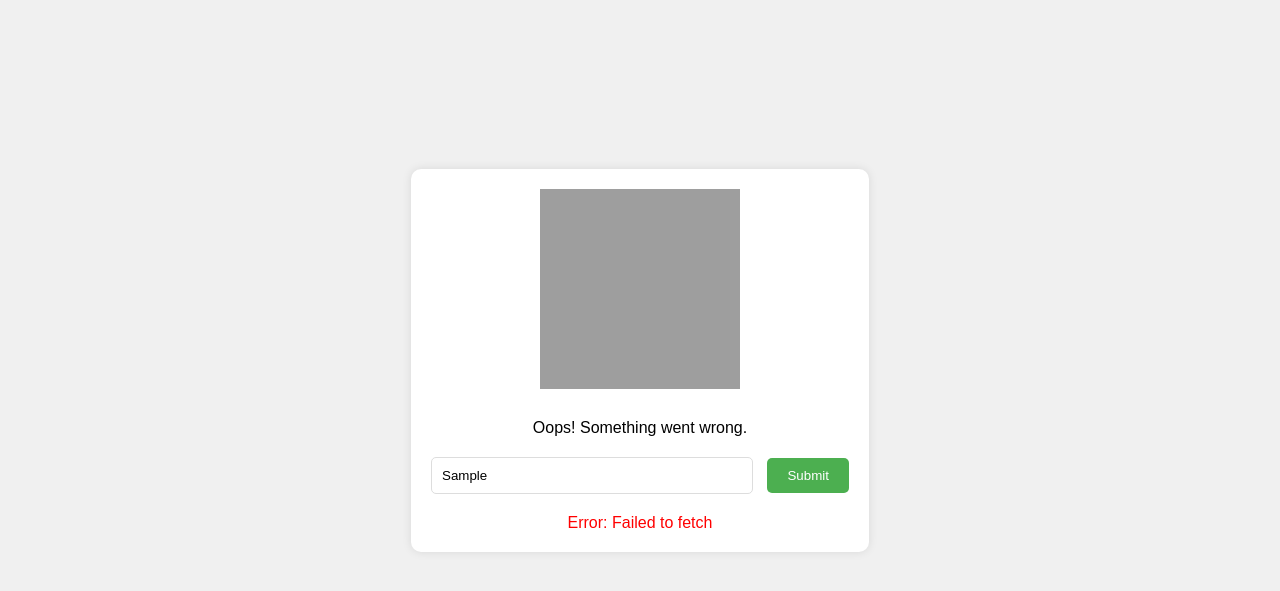
Repository: Resanso/captha_ai
Page: index.html
These files come from the project's save history. The page is drawn as it stood at one moment and after the next save; the edit follows.
The browser window is 1280 px wide. The pictures show the whole page.
Empty fields were first filled with sample values (such as "Sample", 5 or name@example.com).
After loading, the first visible `button` was clicked once.
Pictures or frames that could not be fetched are drawn as grey boxes. The page's requests for data from a server got no answer.

Above is the page before, as saved 2025-02-13 21:37:24.

### index.html
<!DOCTYPE html>
<html lang="en">
  <head>
    <meta charset="UTF-8" />
    <meta name="viewport" content="width=device-width, initial-scale=1.0" />
    <title>AI CAPTCHA - Make Me Happy!</title>
    <link rel="stylesheet" href="style.css" />
  </head>
  <body>
    <div class="container">
      <div class="character" id="character">
        <img src="images/neutral.png" alt="Character" id="characterImage" />
        <p id="characterMessage">Hi! I'm Moji. Make me happy to proceed!</p>
      </div>
      <div class="input-section">
        <input
          type="text"
          id="userInput"
          placeholder="Say something nice..."
          required
        />
        <button onclick="checkEmotion()">Submit</button>
      </div>
      <div id="result"></div>
    </div>
    <script src="script.js"></script>
  </body>
</html>

### style.css
body {
  font-family: Arial, sans-serif;
  display: flex;
  justify-content: center;
  align-items: center;
  height: 100vh;
  margin: 0;
  background-color: #f0f0f0;
}

.container {
  text-align: center;
  padding: 20px;
  background: white;
  border-radius: 10px;
  box-shadow: 0 0 10px rgba(0, 0, 0, 0.1);
}

.character {
  margin-bottom: 20px;
}

.character img {
  width: 200px;
  height: 200px;
  margin-bottom: 10px;
}

.input-section {
  margin: 20px 0;
}

input[type="text"] {
  padding: 10px;
  width: 300px;
  margin-right: 10px;
  border: 1px solid #ddd;
  border-radius: 5px;
}

button {
  padding: 10px 20px;
  background-color: #4caf50;
  color: white;
  border: none;
  border-radius: 5px;
  cursor: pointer;
}

button:hover {
  background-color: #45a049;
}

button:disabled {
  background-color: #cccccc;
  cursor: not-allowed;
}

button:disabled:hover {
  background-color: #cccccc;
}

### script.js
const API_URL = "https://api.groq.com/openai/v1/chat/completions";
// Replace this with your actual Groq API key
const GROQ_API_KEY = "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";
let isVerified = false;

async function checkEmotion() {
  const userInput = document.getElementById("userInput").value;
  const characterImage = document.getElementById("characterImage");
  const characterMessage = document.getElementById("characterMessage");
  const result = document.getElementById("result");
  const submitButton = document.querySelector("button");

  if (!userInput.trim()) {
    result.innerHTML =
      '<span style="color: red;">Please enter some text!</span>';
    return;
  }

  try {
    // Show loading state
    submitButton.disabled = true;
    result.innerHTML = '<span style="color: gray;">Processing...</span>';
    characterMessage.textContent = "Thinking...";

    const response = await fetch(API_URL, {
      method: "POST",
      headers: {
        "Content-Type": "application/json",
        Authorization: `Bearer ${GROQ_API_KEY}`,
      },
      body: JSON.stringify({
        model: "llama-3.3-70b-versatile",
        messages: [
          {
            role: "system",
            content:
              "You are an emotional AI character named Moji. First rate the positivity of the user's message on a scale of 1-10, then respond with the format: 'SCORE: [number]\nRESPONSE: [your emotional reaction in one short sentence, using emojis]'. Keep the response personal and related to what they said.",
          },
          {
            role: "user",
            content: userInput,
          },
        ],
      }),
    });

    if (!response.ok) {
      throw new Error(`HTTP error! status: ${response.status}`);
    }

    const data = await response.json();
    if (!data.choices?.[0]?.message?.content) {
      throw new Error("Invalid response from API");
    }

    const aiResponse = data.choices[0].message.content;
    const [scorePart, responsePart] = aiResponse.split("\n");
    const score = parseInt(scorePart.replace("SCORE:", ""));
    const emotionalResponse = responsePart.replace("RESPONSE:", "").trim();

    if (score >= 7) {
      characterImage.src = "images/happy.png";
      characterMessage.textContent = emotionalResponse;
      result.innerHTML =
        '<span style="color: green;">Verification successful!</span>';
      isVerified = true;
    } else {
      characterImage.src = "images/sad.png";
      characterMessage.textContent = emotionalResponse;
      result.innerHTML = '<span style="color: red;">Try again!</span>';
    }
  } catch (error) {
    console.error("Error:", error);
    characterImage.src = "images/neutral.png";
    characterMessage.textContent = "Oops! Something went wrong.";
    result.innerHTML = `<span style="color: red;">Error: ${
      error.message || "Please try again"
    }</span>`;
  } finally {
    submitButton.disabled = false;
  }
}

// Prevent form submission if not verified
document.querySelector("form")?.addEventListener("submit", (e) => {
  if (!isVerified) {
    e.preventDefault();
    alert("Please complete the emotional CAPTCHA first!");
  }
});

After the next save:
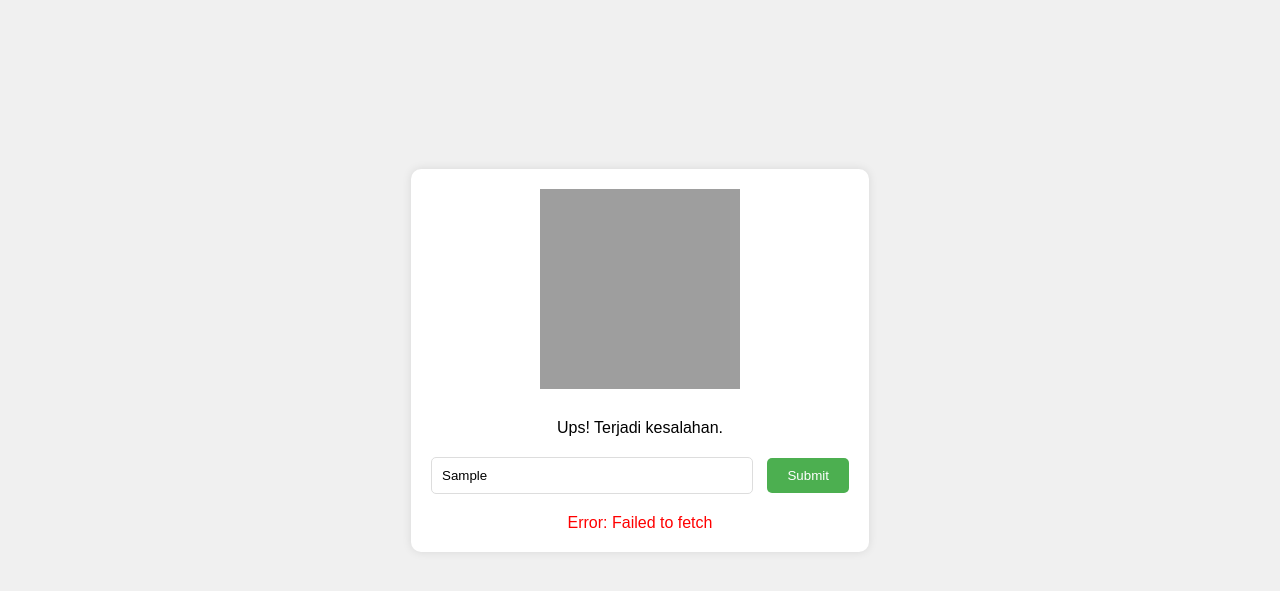
Saved 2 min 42 s later.
--- a/script.js
+++ b/script.js
@@ -11,16 +11,15 @@ async function checkEmotion() {
   const submitButton = document.querySelector("button");
 
   if (!userInput.trim()) {
-    result.innerHTML =
-      '<span style="color: red;">Please enter some text!</span>';
+    result.innerHTML = '<span style="color: red;">Tolong masukkan teks!</span>';
     return;
   }
 
   try {
     // Show loading state
     submitButton.disabled = true;
-    result.innerHTML = '<span style="color: gray;">Processing...</span>';
-    characterMessage.textContent = "Thinking...";
+    result.innerHTML = '<span style="color: gray;">Sedang memproses...</span>';
+    characterMessage.textContent = "Hmm...";
 
     const response = await fetch(API_URL, {
       method: "POST",
@@ -34,7 +33,7 @@ async function checkEmotion() {
           {
             role: "system",
             content:
-              "You are an emotional AI character named Moji. First rate the positivity of the user's message on a scale of 1-10, then respond with the format: 'SCORE: [number]\nRESPONSE: [your emotional reaction in one short sentence, using emojis]'. Keep the response personal and related to what they said.",
+              "Kamu adalah karakter AI bernama Moji yang berbahasa Indonesia. Nilai tingkat positif dari pesan pengguna dengan skala 1-10, lalu berikan respons dengan format: 'SCORE: [angka]\nRESPONSE: [reaksi emosionalmu dalam satu kalimat pendek, gunakan emoji]'. Buat responsnya personal dan sesuai dengan apa yang mereka katakan.",
           },
           {
             role: "user",
@@ -62,19 +61,19 @@ async function checkEmotion() {
       characterImage.src = "images/happy.png";
       characterMessage.textContent = emotionalResponse;
       result.innerHTML =
-        '<span style="color: green;">Verification successful!</span>';
+        '<span style="color: green;">Verifikasi berhasil!</span>';
       isVerified = true;
     } else {
       characterImage.src = "images/sad.png";
       characterMessage.textContent = emotionalResponse;
-      result.innerHTML = '<span style="color: red;">Try again!</span>';
+      result.innerHTML = '<span style="color: red;">Coba lagi!</span>';
     }
   } catch (error) {
     console.error("Error:", error);
     characterImage.src = "images/neutral.png";
-    characterMessage.textContent = "Oops! Something went wrong.";
+    characterMessage.textContent = "Ups! Terjadi kesalahan.";
     result.innerHTML = `<span style="color: red;">Error: ${
-      error.message || "Please try again"
+      error.message || "Silakan coba lagi"
     }</span>`;
   } finally {
     submitButton.disabled = false;
@@ -85,6 +84,6 @@ async function checkEmotion() {
 document.querySelector("form")?.addEventListener("submit", (e) => {
   if (!isVerified) {
     e.preventDefault();
-    alert("Please complete the emotional CAPTCHA first!");
+    alert("Silakan selesaikan CAPTCHA emosional terlebih dahulu!");
   }
 });
